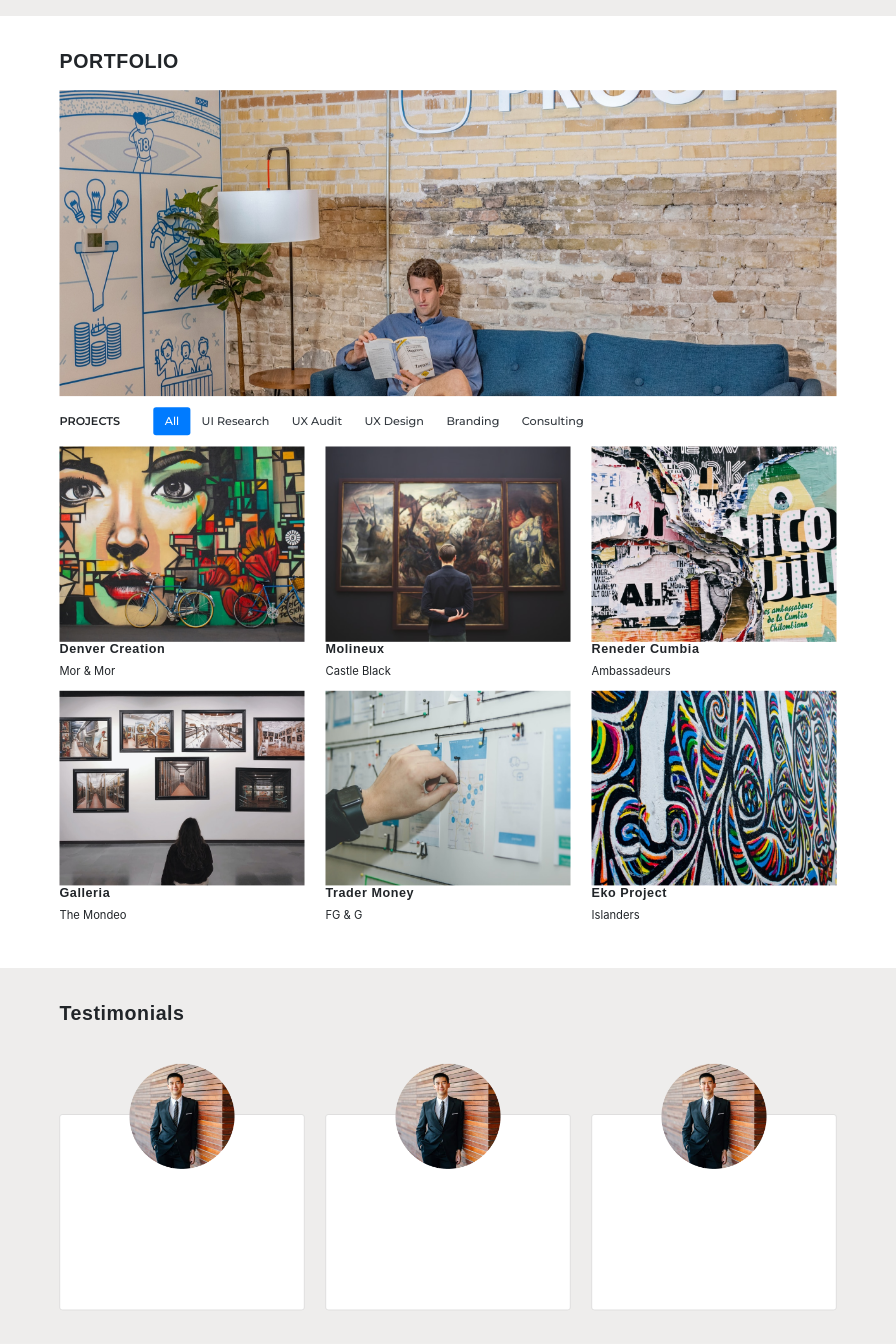
Repository: Syfon01/hng-port
Page: index.html
These files come from the project's save history. The page is drawn as it stood at one moment and after the next save; the edit follows.
The browser window is 1280 px wide. The pictures show the part of the page from y = 1877 to 3797 px (the page is 3797 px tall), at 70% of full size.
Some web fonts or font styles are not loaded; a fallback is used.

Above is the page before, as saved 2020-06-28 19:35:30.

After the next save:
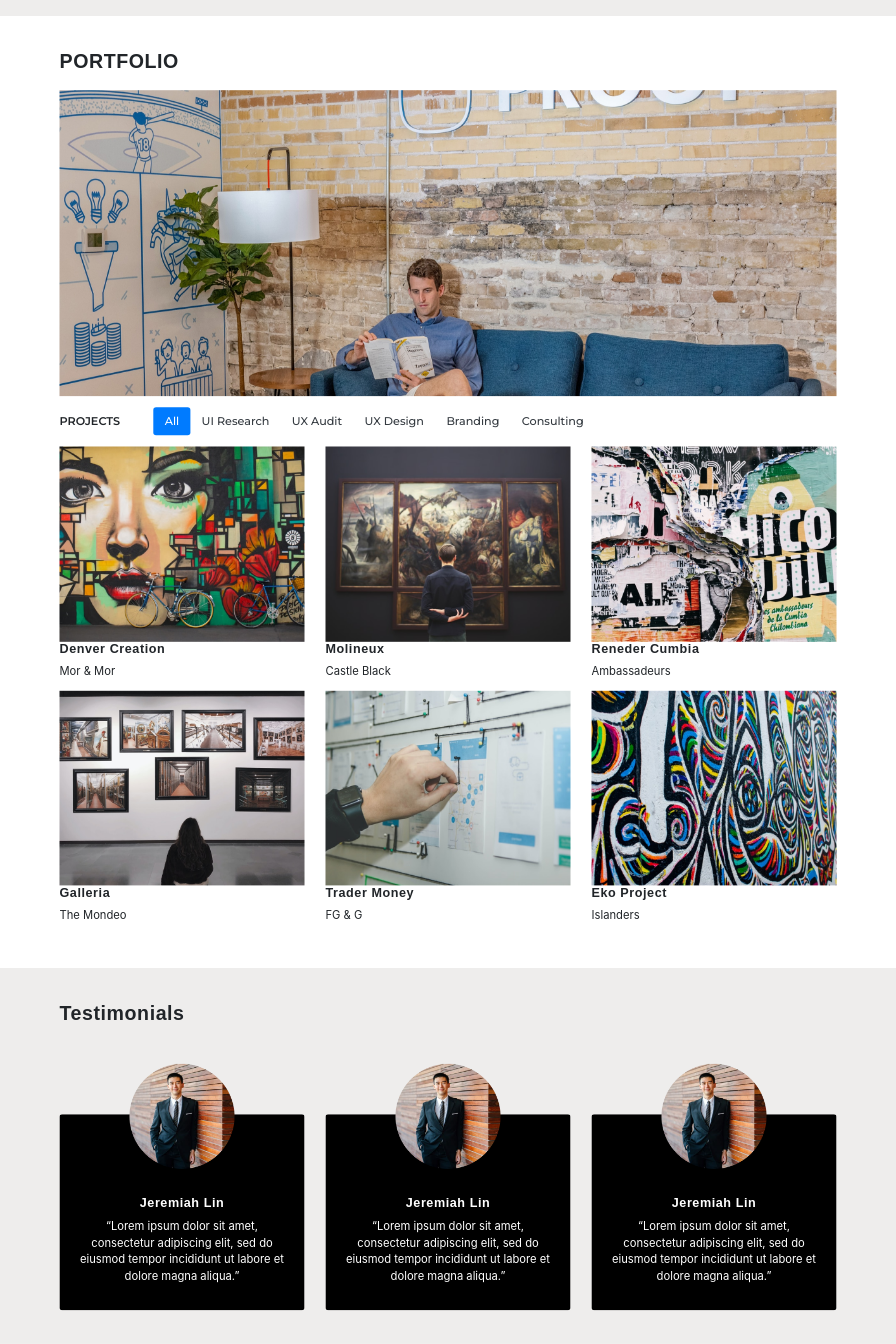
Saved 7 s later.
--- a/style.css
+++ b/style.css
@@ -94,6 +94,6 @@ h5{
 }
 
 .card-dark{
-  background-color:;
+  background-color:#000;
   color: #fff;
 }
